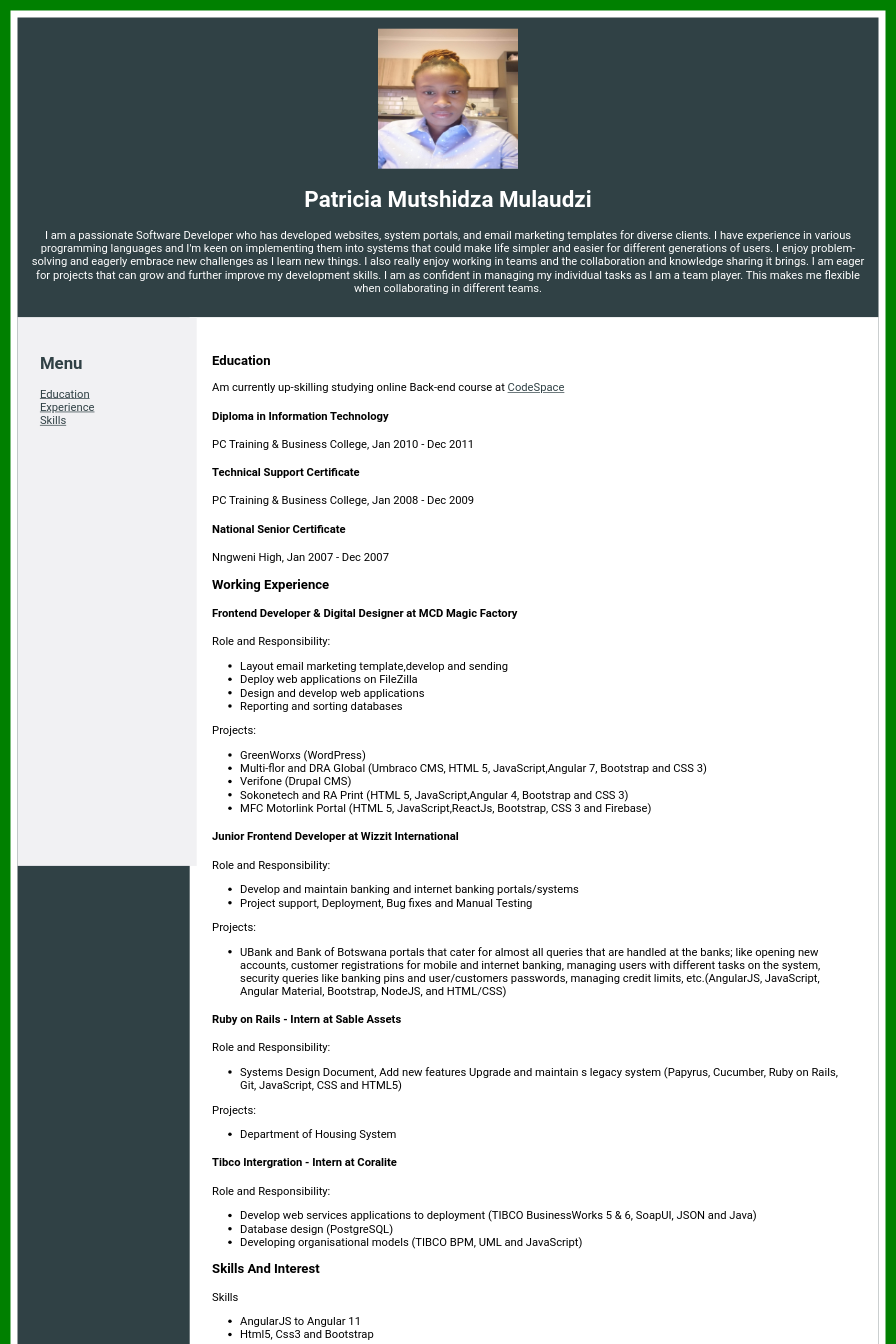
Repository: Patricious/Digital-Resume-01
Page: index.html
The author's editor kept a copy of each file at every save. The page is drawn from the files as they stood at one save, then again after a run of saves.
The browser window is 1280 px wide. The pictures show the part of the page from y = 0 to 1920 px (the page is 2465 px tall), at 70% of full size.
A picture or video elsewhere on the page could not be fetched, so the positions and the page height are approximate.

Above is the page before, as saved 2021-08-23 10:54:26.

After the next 2 saves:
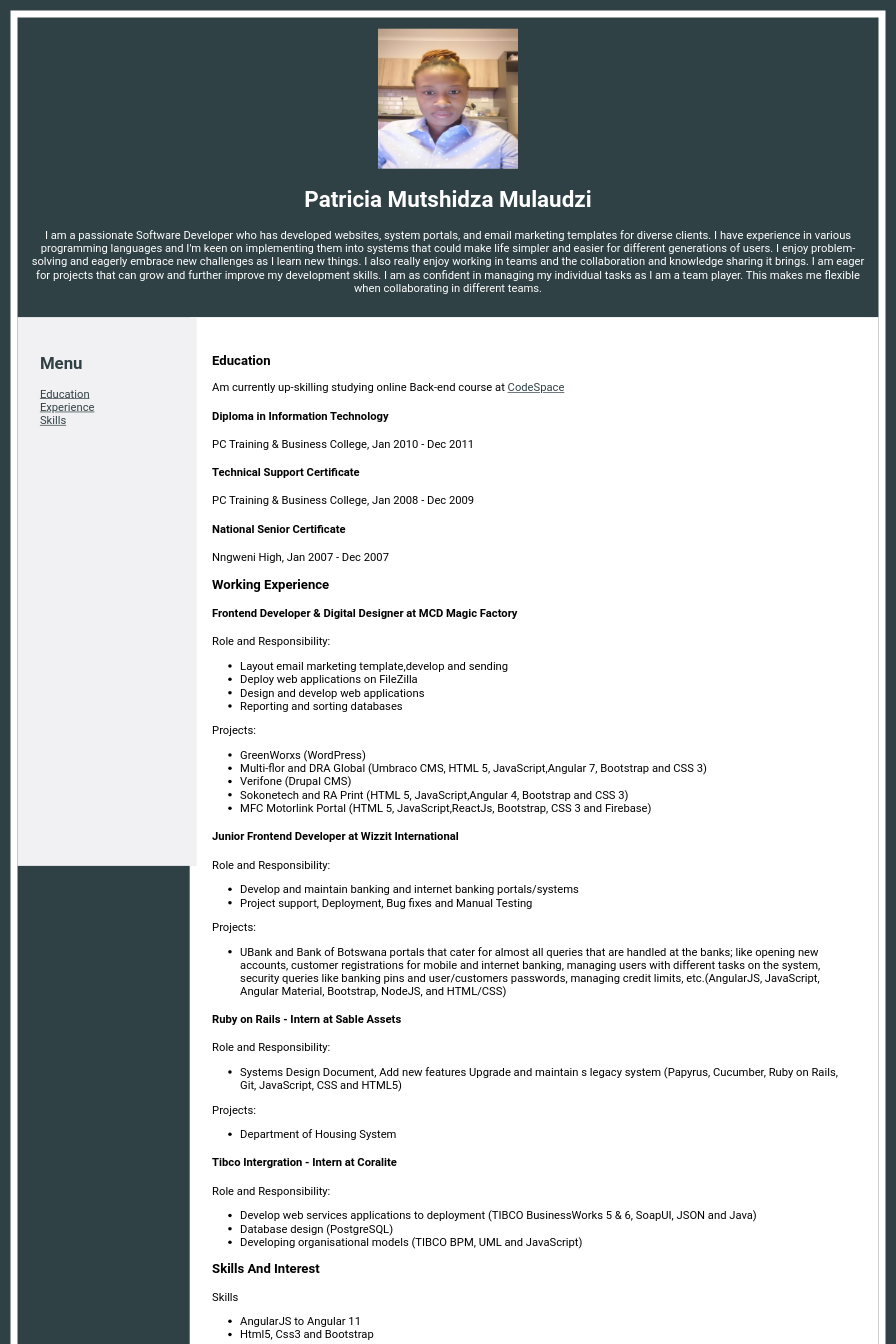
The 2 saves are shown as one change because they came seconds apart.
The last was saved 27 s later.
--- a/css/stylesheet.css
+++ b/css/stylesheet.css
@@ -6,7 +6,7 @@
     }
 
     html {
-        border: 15px solid green;
+        border: 15px solid #304145;
     }
 
     header {
